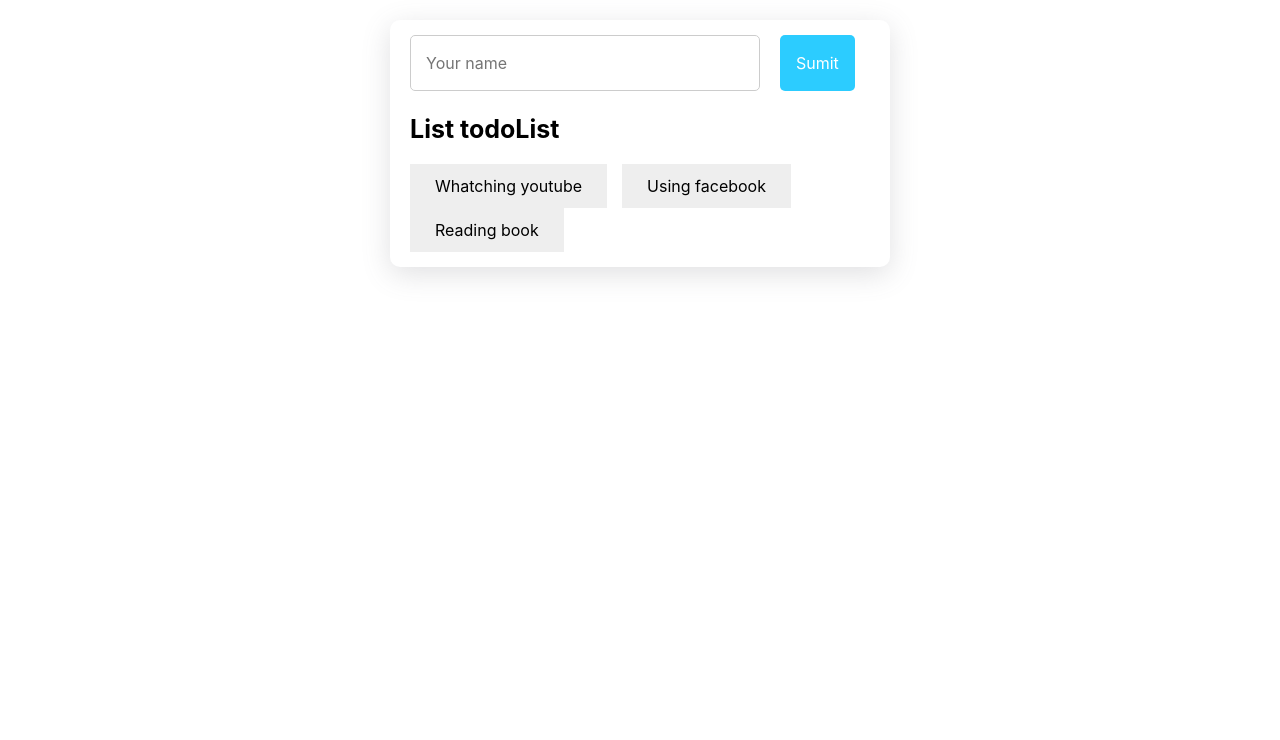
Repository: hoang0508/ReactJsHoiDanIT
Page: /
These files come from the project's save history. The page is drawn as it stood at one moment and after the next save; the edit follows.
The browser window is 1280 px wide. The pictures show the whole page.
The project was rebuilt for these pictures with package versions that can differ from the ones it lists, and the page was loaded fresh each time.

Above is the page before, as saved 2022-02-04 16:28:28.

After the next save:
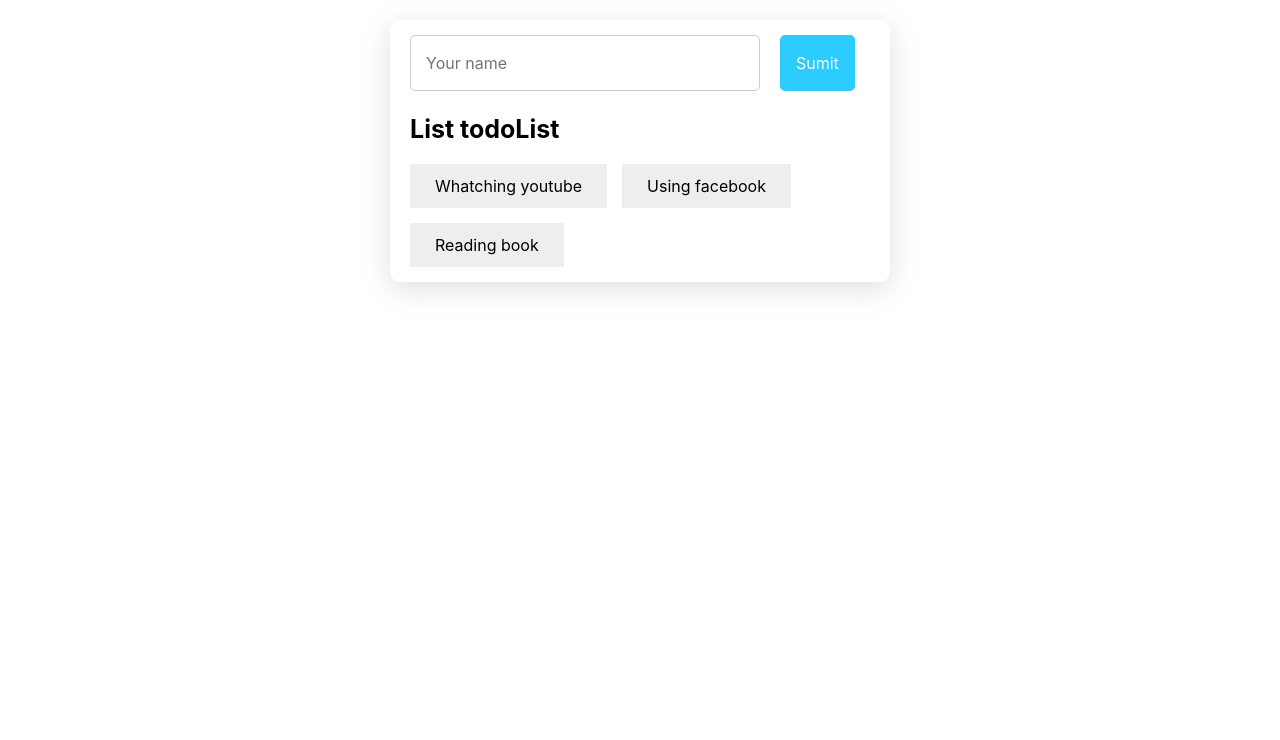
Saved 7 s later.
--- a/src/components/TodoApp/TodoList.scss
+++ b/src/components/TodoApp/TodoList.scss
@@ -36,7 +36,7 @@
     display: flex;
     flex-wrap: wrap;
     align-items: center;
-    gap: 0 15px;
+    gap: 15px;
   }
   &-item {
     background-color: #eee;
